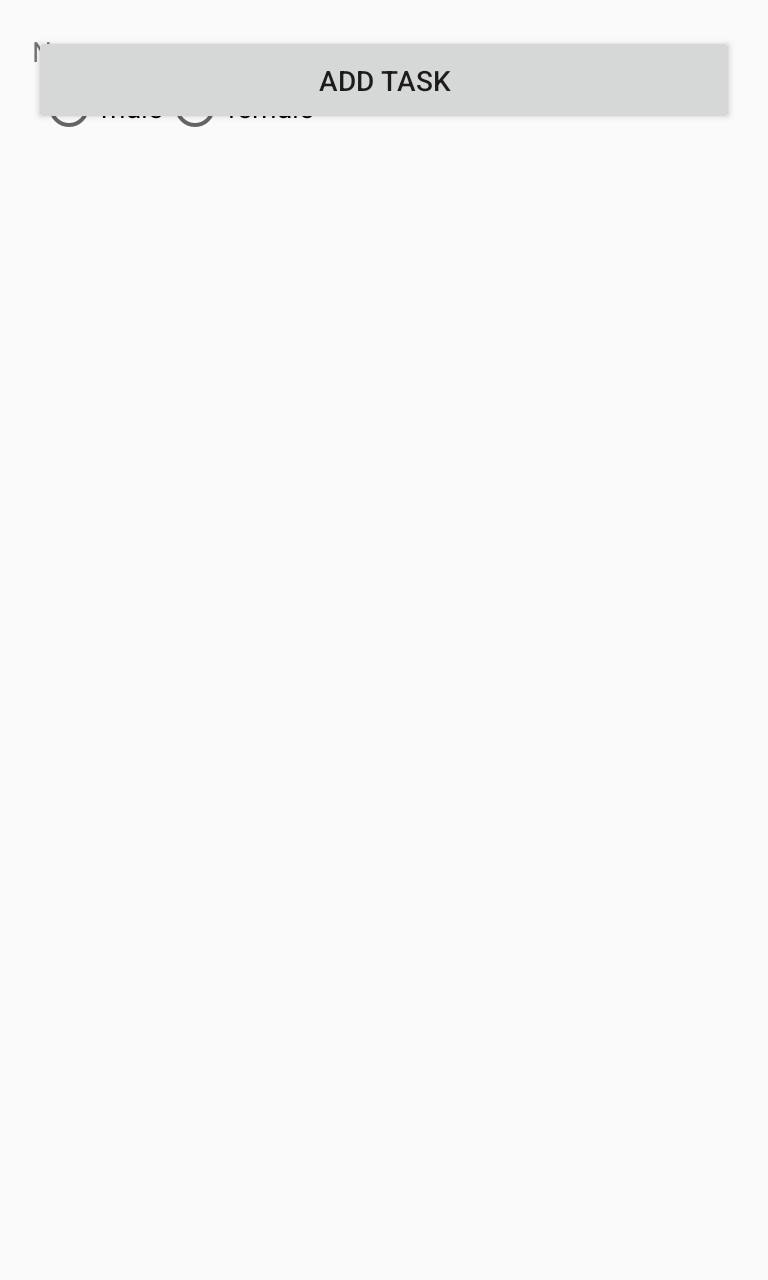
Repository: ThatCrazyIrishGuy/guiAndroidAssignment
Layout: ShoppingList/res/layout/activity_user_detail_form.xml
The author's editor kept a copy of each file at every save. The layout is drawn from the files as they stood at one save, then again after the next save.
It is drawn on a 768 x 1280 px phone screen (xhdpi) without system bars, with theme AppTheme; the app's code is not run.

Above is the layout before, as saved 2014-11-08 17:09:00.

After the next save:
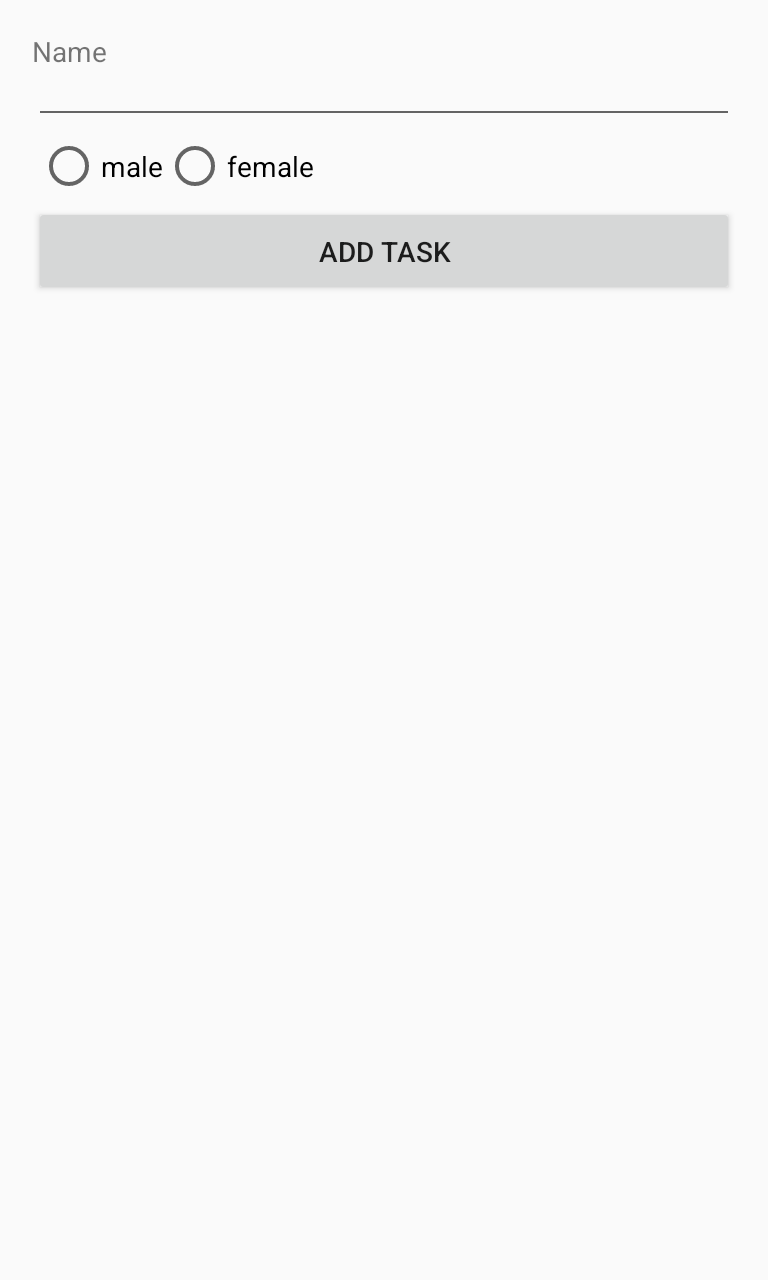
Saved 43 s later.
--- a/ShoppingList/res/layout/activity_user_detail_form.xml
+++ b/ShoppingList/res/layout/activity_user_detail_form.xml
@@ -23,7 +23,7 @@
      />
    	<RadioGroup
    	    android:id="@+id/gender"
-  	    android:layout_below="@+id/nameLabel"
+  	    android:layout_below="@+id/name"
 		android:orientation="horizontal"
 		android:layout_width="wrap_content"
 		android:layout_height="wrap_content"
@@ -36,7 +36,7 @@
 			android:text="female" />
 	</RadioGroup>
     <Button
-        android:layout_below="@+id/userTextField"
+        android:layout_below="@+id/gender"
         android:id="@+id/button1"
         android:layout_width="fill_parent"
         android:layout_height="wrap_content"
